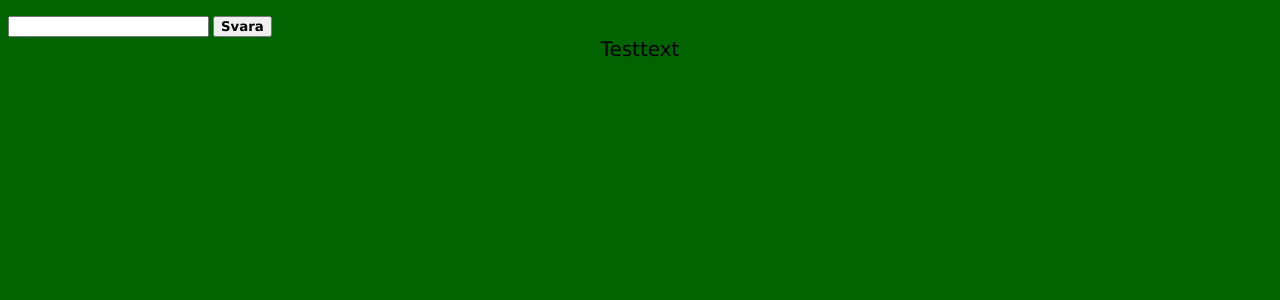
Repository: MartinArvidsson/1dv403-laborationer-Martin-Arvidsson
Page: 4-thequiz/Index.html
The author's editor kept a record of every edit. The page is drawn from the files as they stood at one moment, then again after the next edit.
The browser window is 1280 px wide. The pictures show the whole page.
The page's requests for data from a server got no answer.

Above is the page before.

### 4-thequiz/Index.html
<!DOCTYPE HTML>
<head>
    <html>
        <title>TheQuiz</title>
            <meta charset="utf-8"/>
        <link rel="stylesheet" type="text/css" href="Style.css" />
    </head>
    <body>
        <div id="Container">
            <div id="Questionboard">
                <p id="question"></p>
                <input type="text" id="svar"/>
                <input type="submit" id="Button" value="Svara"/>
                <div id="Questions">Testtext</div>
            </div>
        </div>
        <script type="text/javascript" src="Quiz.js"></script>
    </body>
</html>

### 4-thequiz/Style.css
html{
    background:Darkgreen;
}
header{
    font-family:verdana;
    text-align:center;
    font-weight:lighter;
    font-size:50px;
    margin:auto;
}
#Questions{
    font-family:verdana;
    text-align:center;
    font-weight:lighter;
    font-size:20px;
}
form{
    padding-left:43.5%;

}
input
{
    font-family:verdana;
    font-weight:bold;
}

### 4-thequiz/Quiz.js
"use strict";

var Quiz ={

    questionArray:[],
    tries: 0,
    serverObject: null,



    init:function(){
        var userInput = document.getElementById("svar");
        Quiz.renderQuestion("http://vhost3.lnu.se:20080/question/1");
        document.getElementById("Button").addEventListener("click", function(e){ //Trycker på knappen funkion

            if(userInput.value !== "")
            {
                Quiz.answerQuestion(userInput.value, Quiz.serverObject.nextURL);
            }
            else
            {
                e.preventDefault();
            }
        });

    userInput.addEventListener("keydown",function(e) { //Trycker enter funktion

            if(e.keycode === 13)
            {
                if(userInput.value !== "")
                {
                    Quiz.answerQuestion(userInput.value, Quiz.serverObject.nextURL);
                }
                else
                {
                    e.preventDefault();
                }
            }
        });
    },

    renderQuestion: function(url){ //Renderar ut frågorna
        Quiz.tries = 0;
        var XHR  = new XMLHttpRequest();
        var Questionfromserver = document.getElementById("question");
        var userInput = document.getElementById("svar");

        userInput.value ="";

        XHR.onreadystatechange = function(){
            if(XHR.readystate === 4 && XHR.status === 200)
            {
                Quiz.serverObject = JSON.parse(XHR.responseText);
                Questionfromserver.innerHTML = Quiz.serverObject.question;
            }
        };

        XHR.open("GET",url, true);
        XHR.send(null);
    },

    answerQuestion: function(answer, url){

        var XHRTwo = new XMLHttpRequest();
        var i;

        var status = document.getElementById("Questions");

        XHRTwo.onreadystatechange = function(){
            if(XHRTwo.readystate === 4)
            {
                var Serverresponse = JSON.parse(XHRTwo.responseText);
                if (Serverresponse.message === "Correct answer!"
                )
                {
                    if(Serverresponse.nextURL !== undefined)
                    {
                        Quiz.questionArray.push(Quiz.tries);
                        Quiz.renderQuestion(Serverresponse.nextURL);
                        status.innerHTML ="Rätt svar, bra jobbat";
                    }
                    else
                    {
                        Quiz.questionArray.push(Quiz.tries);
                        status.innerHTML ="Grattis!, Resultat:";
                        document.getElementById("Button").disabled = true;
                        document.getElementById("svar").value ="";
                        document.getElementById("svar").disabled = true;

                        for (i = 1; i < Quiz.questionArray.length + 1; i +=1)
                        {
                            var questionTag = document.createElement("p");
                            questionTag.innerHTML = "fråga"+i+": "+Quiz.questionArray[i-1]+"försök";
                            status.appendChild(questionTag);
                        }
                    }
                }
                else
                {
                    Quiz.tries +=1;
                    document.getElementById("svar").value = "";
                    status.innerHTML = "fel svar, försök igen";
                }
            }
        };
        var sendanAnswer = JSON.stringify("svar").value = "";
        XHRTwo.open("POST",url,true);
        XHRTwo.setRequestHeader("Content-type","application/json");
        XHRTwo.send(sendanAnswer);
    },
};
window.onload = Quiz.init;

After the next edit:
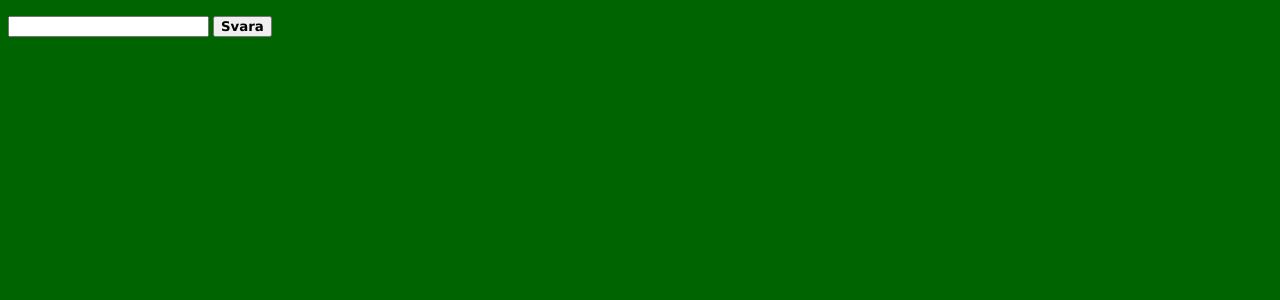
The edit:
--- a/4-thequiz/Index.html
+++ b/4-thequiz/Index.html
@@ -11,7 +11,6 @@
                 <p id="question"></p>
                 <input type="text" id="svar"/>
                 <input type="submit" id="Button" value="Svara"/>
-                <div id="Questions">Testtext</div>
             </div>
         </div>
         <script type="text/javascript" src="Quiz.js"></script>
